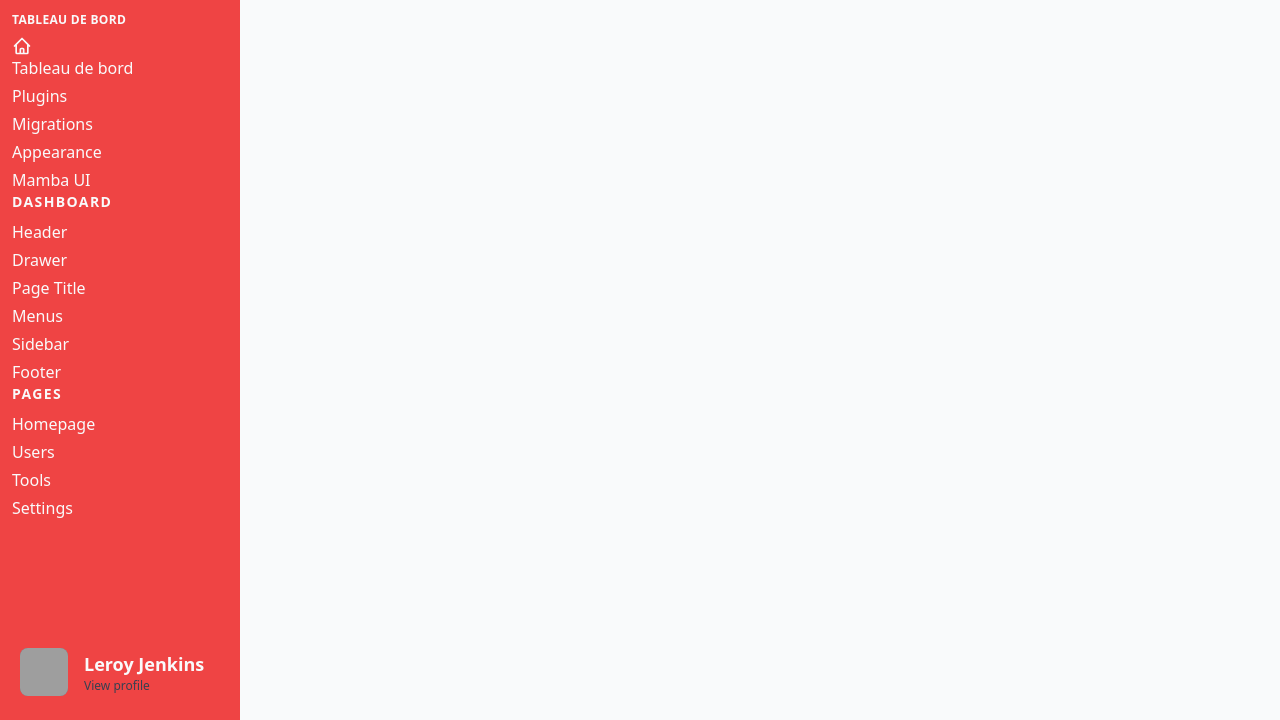
Repository: erulabs243/museum
Page: /dashboard
The author's editor kept a copy of each file at every save. The page is drawn from the files as they stood at one save, then again after the next save.
The browser window is 1280 px wide. The pictures show the whole page.
Pictures or frames that could not be fetched are drawn as grey boxes. The project was rebuilt for these pictures with package versions that can differ from the ones it lists, and the page was loaded fresh each time. Also part of the build but not shown: vite.config.js, src/pages/admin/Home.jsx, src/components/atoms/headers/NavLink.jsx, src/components/atoms/headers/Button.jsx, src/components/atoms/TagBadge.jsx, src/components/atoms/MyAudioPlayer.jsx, src/components/atoms/MyVideoPlayer.jsx, src/components/atoms/MediaCard.jsx and 24 more.

Above is the page before, as saved 2022-08-10 19:55:51.

After the next save:
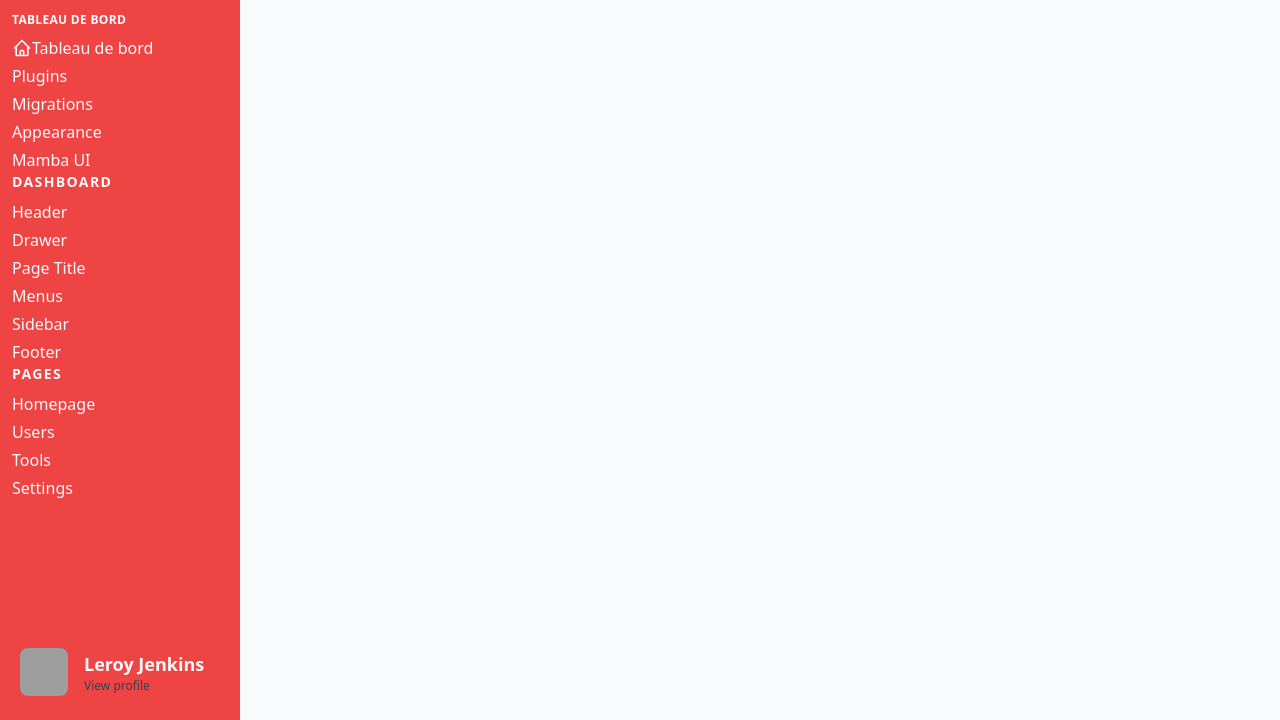
Saved 18 s later.
--- a/src/components/sections/AdminSidebar.jsx
+++ b/src/components/sections/AdminSidebar.jsx
@@ -10,7 +10,7 @@ const AdminSidebar = () => {
                     Tableau de bord
                 </h2>
                 <div className="flex flex-col space-y-1">
-                    <a rel="noopener noreferrer" href="#">
+                    <a rel="noopener noreferrer" href="#" className="flex flex-row items-center">
                         <HomeIcon className="w-5 h-5" />
                         <span>Tableau de bord</span>
                     </a>
